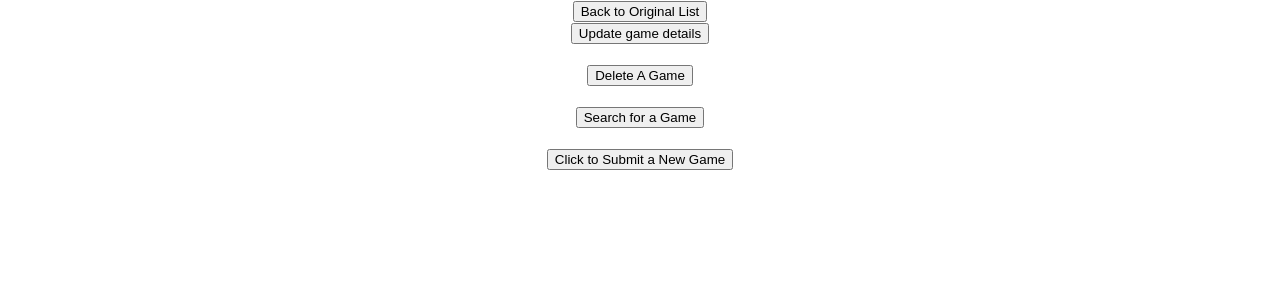
Repository: The-Software-Guild/assessment-2-react-nj10deadend
Page: / (app in Part-2/React-section/frontend/)
These files come from the project's save history. The page is drawn as it stood at one moment and after the next save; the edit follows.
The browser window is 1280 px wide. The pictures show the whole page.
The page's requests for data from a server got no answer. The project was rebuilt for these pictures with package versions that can differ from the ones it lists, and the page was loaded fresh each time. No one was signed in, and anything a server would have sent is missing. Also part of the build but not shown: Part-2/React-section/frontend/src/components/GameCards.js.

Above is the page before, as saved 2021-12-19 16:00:17.

### Part-2/React-section/frontend/public/index.html
<!DOCTYPE html>
<html lang="en">
  <head>
    <meta charset="utf-8" />
    <link rel="icon" href="%PUBLIC_URL%/favicon.ico" />
    <meta name="viewport" content="width=device-width, initial-scale=1" />
    <meta name="theme-color" content="#000000" />
    <meta name="viewport" content="initial-scale=1, width=device-width" />
    <meta
      name="description"
      content="Web site created using create-react-app"
    />
    <link rel="apple-touch-icon" href="%PUBLIC_URL%/logo192.png" />
    <!--
      manifest.json provides metadata used when your web app is installed on a
      user's mobile device or desktop. See https://developers.google.com/web/fundamentals/web-app-manifest/
    -->
    <link rel="manifest" href="%PUBLIC_URL%/manifest.json" />
    <!--
      Notice the use of %PUBLIC_URL% in the tags above.
      It will be replaced with the URL of the `public` folder during the build.
      Only files inside the `public` folder can be referenced from the HTML.

      Unlike "/favicon.ico" or "favicon.ico", "%PUBLIC_URL%/favicon.ico" will
      work correctly both with client-side routing and a non-root public URL.
      Learn how to configure a non-root public URL by running `npm run build`.
    -->
    <link
      rel="stylesheet"
      href="https://fonts.googleapis.com/css?family=Roboto:300,400,500,700&display=swap"
    />
    <link
      rel="stylesheet"
      href="https://fonts.googleapis.com/icon?family=Material+Icons"
    />
    <title>React App</title>
  </head>
  <body>
    <noscript>You need to enable JavaScript to run this app.</noscript>
    <div id="root"></div>
    <!--
      This HTML file is a template.
      If you open it directly in the browser, you will see an empty page.

      You can add webfonts, meta tags, or analytics to this file.
      The build step will place the bundled scripts into the <body> tag.

      To begin the development, run `npm start` or `yarn start`.
      To create a production bundle, use `npm run build` or `yarn build`.
    -->
  </body>
</html>

### Part-2/React-section/frontend/src/index.css
body {
  margin: 0;
  font-family: -apple-system, BlinkMacSystemFont, 'Segoe UI', 'Roboto', 'Oxygen',
    'Ubuntu', 'Cantarell', 'Fira Sans', 'Droid Sans', 'Helvetica Neue',
    sans-serif;
  -webkit-font-smoothing: antialiased;
  -moz-osx-font-smoothing: grayscale;
}

code {
  font-family: source-code-pro, Menlo, Monaco, Consolas, 'Courier New',
    monospace;
}

.imgs {
  height: 250px;
  width: 250px;
}

### Part-2/React-section/frontend/src/App.js
import './App.css';
import Home from './components/Home';
import AddGameForm from './components/AddGameForm';
import GameSearch from './components/GameSearch';
import UpdateGame from './components/UpdateGame';
import DeleteGame from './components/DeleteGame';
import axios from 'axios';
import {useState, useEffect} from 'react';
import Container from '@mui/material/Container';

// import {Container} from '@mui/material';
// import Button from '@mui/material/Button';
// import Typography from '@mui/material/Typography';

function App() {

  const [gameData, setGameData] = useState([]);

  function getFetchGameServer () {
    axios.get(`http://localhost:8080/allGames`)
      .then(res => {
        setGameData(res.data)
      })

  }

  useEffect(getFetchGameServer, []);

  return (
    // <div className="App">
    <Container className="App">

      <button onClick={getFetchGameServer}>Back to Original List</button>
      <UpdateGame getFetchGameServer={getFetchGameServer}/>
      <br></br>
      <DeleteGame getFetchGameServer={getFetchGameServer} />
      <br></br>
      <GameSearch setGameData={setGameData}/>
      <br></br>
      <AddGameForm setGameData={setGameData}/>


      <Home gameData={gameData}/>

    </Container>

  );
}

export default App;

### Part-2/React-section/frontend/src/components/Home.js
import GameCards from "./GameCards";


function Home ({gameData}) {

    const renderGameData = gameData.map(eachGame => {
        // console.log(eachGame._id);
        return (
            <GameCards key={eachGame._id} eachGame={eachGame} />
        )
    })
    return (
        <div>
            {renderGameData}

        </div>
    )
}

export default Home;

### Part-2/React-section/frontend/src/components/AddGameForm.js
import {useState, useEffect} from 'react';
import axios from 'axios';

function AddGameForm ({setGameData}) {

    const [clicked, setClicked] = useState(false);
    const [submitted, setSubmitted] = useState(false);
    const [name, setName] = useState("");
    const [img, setImg] = useState("");
    const [crossPlatform, setCrossPlatform] = useState(false);
    const [price, setPrice] = useState(0);
    const [genres, setGenres] = useState(["", "", ""]);
    const buttonText = clicked ? "Hide Submission Form" : "Click to Submit a New Game"

    function postRequest() {
        return axios.post('http://localhost:8080/allGames', {
            name: name,
            img: img,
            cross_platform: crossPlatform,
            price: price,
            genres: genres
        })
        .then(function (response) {
            console.log(response);
            return response.data;
        })
        .catch(function (error) {
            console.log(error);
            return null;
        });
    }

    async function onSubmit(event) {
        event.preventDefault();
        setName("");
        setImg("");
        setCrossPlatform("");
        setPrice("");
        setGenres(["", "", ""]);
        const newGame = await postRequest();
        console.log(newGame);
        setGameData((oldInfo)=> {
            console.log(oldInfo)
            return [...oldInfo, newGame]
        })
    }

    return (
        <div>
            <button onClick={() => {setClicked(!clicked)}}>{buttonText}</button>
            {clicked && (
                <form onSubmit={onSubmit}>
                    <div>
                        <label for="name">Name</label>
                        <br></br>
                        <input type="text" name="name" placeholder="Enter name" id="name"
                        value={name} onChange={(event) => {setName(event.target.value)}}/>
                    </div>
                    <div>
                        <label for="img">Image Url</label>
                        <br></br>
                        <input type="text" name="img" placeholder="Enter image URL" id="img"
                        value={img} onChange={(event) => {setImg(event.target.value)}}/>
                    </div>
                    <div>
                        <label for="cross platform">Cross Platform</label>
                        <br></br>
                        <input type="text" name="cross platform" placeholder="Enter true or false" id="cross_platform"
                        value={crossPlatform} onChange={(event) => {setCrossPlatform(event.target.value)}}/>
                    </div>
                    <div>
                        <label for="price">Price</label>
                        <br></br>
                        <input type="text" name="price" placeholder="Enter price of game" id="price"
                        value={price} onChange={(event) => {setPrice(event.target.value)}} />
                    </div>
                    <div>
                        <label for="genres">Genres</label>
                        <br></br>
                        <input type="text" name="genre1" placeholder="Enter first genre category" id="genre1"
                        value={genres[0]} onChange={(event) => {setGenres([event.target.value, genres[1], genres[2]])}}/>
                        <br></br>
                        <input type="text" name="genre2" placeholder="Enter second genre category" id="genre2"
                        value={genres[1]} onChange={(event) => {setGenres([genres[0], event.target.value, genres[2] ])}}/>
                        <br></br>
                        <input type="text" name="genre3" placeholder="Enter third genre category" id="genre3"
                        value={genres[2]} onChange={(event) => {setGenres([genres[0], genres[1], event.target.value])}}/>
                    </div>
                    <input type="submit" value="Submit"/>

                </form>
            )}


        </div>
    )
}

export default AddGameForm;

### Part-2/React-section/frontend/src/components/GameSearch.js
import {useState} from 'react';
import axios from 'axios';

function GameSearch ({setGameData}) {

    const [searchId, setSearchId] = useState("");
    const [clicked, setClicked] = useState(false);

    const searchGameText = clicked ? "Hide Search Form" : "Search for a Game"

    function getFetchOneGame () {
        axios.get(`http://localhost:8080/allGames/${searchId}`)
          .then(res => {
            setGameData([res.data])
        })

    }

    function onSearch(event) {
        event.preventDefault()
        setSearchId("");
        getFetchOneGame();
    }

    return (
        <div>
            <button onClick={() => {setClicked(!clicked)}}>{searchGameText}</button>
            {clicked && (
                <form onSubmit={onSearch}>
                    <input type="text" placeholder="Search for game by id..."
                    onChange={(event) => {setSearchId(event.target.value)}}
                    value = {searchId}
                    />
                    <input type="submit" value="Submit" />
                </form>
            )}
        </div>
    )
}

export default GameSearch;

### Part-2/React-section/frontend/src/components/UpdateGame.js
import {useState} from 'react';
import axios from 'axios';

function UpdateGame ({getFetchGameServer}) {
    const [name, setName] = useState("");
    const [img, setImg] = useState("");
    const [crossPlatform, setCrossPlatform] = useState("");
    const [price, setPrice] = useState("");
    const [genres, setGenres] = useState(["", "", ""]);

    const [clicked, setClicked] = useState(false);
    const [searchId, setSearchId] = useState("");

    const updateButtonText = clicked ? "Hide Update Form" : "Update game details"

    async function patchRequest () {
        await axios.patch(`http://localhost:8080/allGames/update/${searchId}`,  {
            name: name,
            img: img,
            cross_platform: crossPlatform,
            price: price,
            genres: genres
        })
    }

    async function updateChanges (event) {
        event.preventDefault();
        await patchRequest();
        getFetchGameServer();
        setSearchId("");
        setName("");
        setImg("");
        setCrossPlatform("");
        setPrice("");
    }
    return (
        <div>
            <button onClick={() => {setClicked(!clicked)}}>{updateButtonText}</button>
                {clicked && (
                    <div>
                        <form onSubmit={updateChanges}>
                            <div>
                                <h2>Enter Game ID</h2>
                                <label for="game-id">Game ID</label>
                                <br></br>
                                <input name="game-id" type="text" placeholder="Enter Game ID"
                                onChange={(event) => {setSearchId(event.target.value)}}
                                value = {searchId}
                                />
                            </div>
                            <div>
                                <label for="name">Name</label>
                                <br></br>
                                <input type="text" name="name" placeholder="Enter name" id="name"
                                value={name} onChange={(event) => {setName(event.target.value)}}/>
                            </div>
                            <div>
                                <label for="img">Image Url</label>
                                <br></br>
                                <input type="text" name="img" placeholder="Enter image URL" id="img"
                                value={img} onChange={(event) => {setImg(event.target.value)}}/>
                            </div>
                            <div>
                                <label for="cross platform">Cross Platform</label>
                                <br></br>
                                <input type="text" name="cross platform" placeholder="Enter true or false" id="cross_platform"
                                value={crossPlatform} onChange={(event) => {setCrossPlatform(event.target.value)}}/>
                            </div>
                            <div>
                                <label for="price">Price</label>
                                <br></br>
                                <input type="text" name="price" placeholder="Enter price of game" id="price"
                                value={price} onChange={(event) => {setPrice(event.target.value)}} />
                            </div>
                            <div>
                                <label for="genres">Genres</label>
                                <br></br>
                                <input type="text" name="genre1" placeholder="Enter first genre category" id="genre1"
                                value={genres[0]} onChange={(event) => {setGenres([event.target.value, genres[1], genres[2]])}}/>
                                <br></br>
                                <input type="text" name="genre2" placeholder="Enter second genre category" id="genre2"
                                value={genres[1]} onChange={(event) => {setGenres([genres[0], event.target.value, genres[2] ])}}/>
                                <br></br>
                                <input type="text" name="genre3" placeholder="Enter third genre category" id="genre3"
                                value={genres[2]} onChange={(event) => {setGenres([genres[0], genres[1], event.target.value])}}/>
                            </div>
                            <input type="submit" value="Submit Changes"/>

                        </form>
                    </div>
                )}


        </div>
    )
}

export default UpdateGame;

### Part-2/React-section/frontend/src/components/DeleteGame.js
import axios from 'axios';
import {useState} from 'react';

function DeleteGame ({getFetchGameServer}) {

    const [searchId, setSearchId] = useState("");
    const [clicked, setClicked] = useState(false);

    const deleteText = clicked ? "Hide Delete Form" : "Delete A Game"

    async function deleteGame () {
        await axios.delete(`http://localhost:8080/allGames/delete/${searchId}`)
    }

    async function onSubmit (event) {
        event.preventDefault();
        await deleteGame();
        getFetchGameServer();

    }
    return (
        <div>
            <button onClick={() => {setClicked(!clicked)}}>{deleteText}</button>
            {clicked && (
                <form onSubmit={onSubmit}>
                    <div>
                        <input name="game-id" type="text" placeholder="Enter Game ID"
                        onChange={(event) => {setSearchId(event.target.value)}}
                        value = {searchId}
                        />
                    </div>
                    <div>
                        <input type="submit" value="Delete Game"/>
                    </div>
                </form>
            )}

        </div>
    )
}
export default DeleteGame;

Loaded but not shown: Part-2/React-section/frontend/src/index.js (common file); Part-2/React-section/frontend/src/reportWebVitals.js (common file); Part-2/React-section/frontend/src/App.css (common file)

After the next save:
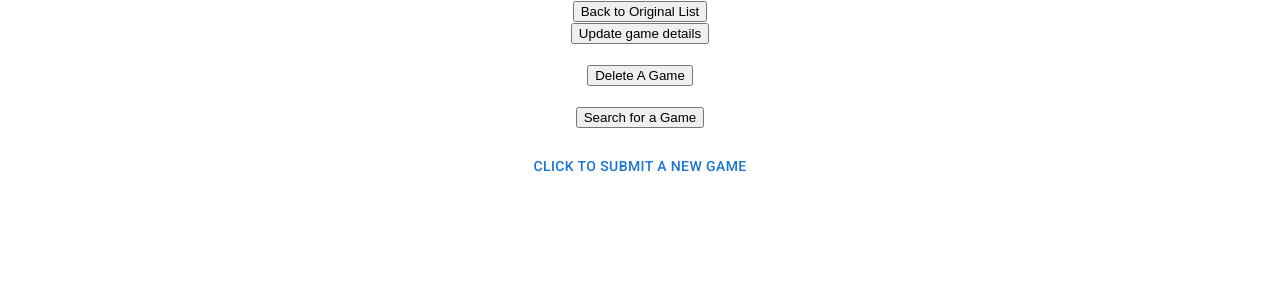
Saved 39 s later.
--- a/Part-2/React-section/frontend/src/components/AddGameForm.js
+++ b/Part-2/React-section/frontend/src/components/AddGameForm.js
@@ -1,5 +1,6 @@
 import {useState, useEffect} from 'react';
 import axios from 'axios';
+import Button from '@mui/material/Button';
 
 function AddGameForm ({setGameData}) {
 
@@ -47,7 +48,7 @@ function AddGameForm ({setGameData}) {
 
     return (
         <div>
-            <button onClick={() => {setClicked(!clicked)}}>{buttonText}</button>
+            <Button onClick={() => {setClicked(!clicked)}}>{buttonText}</Button>
             {clicked && (
                 <form onSubmit={onSubmit}>
                     <div>
